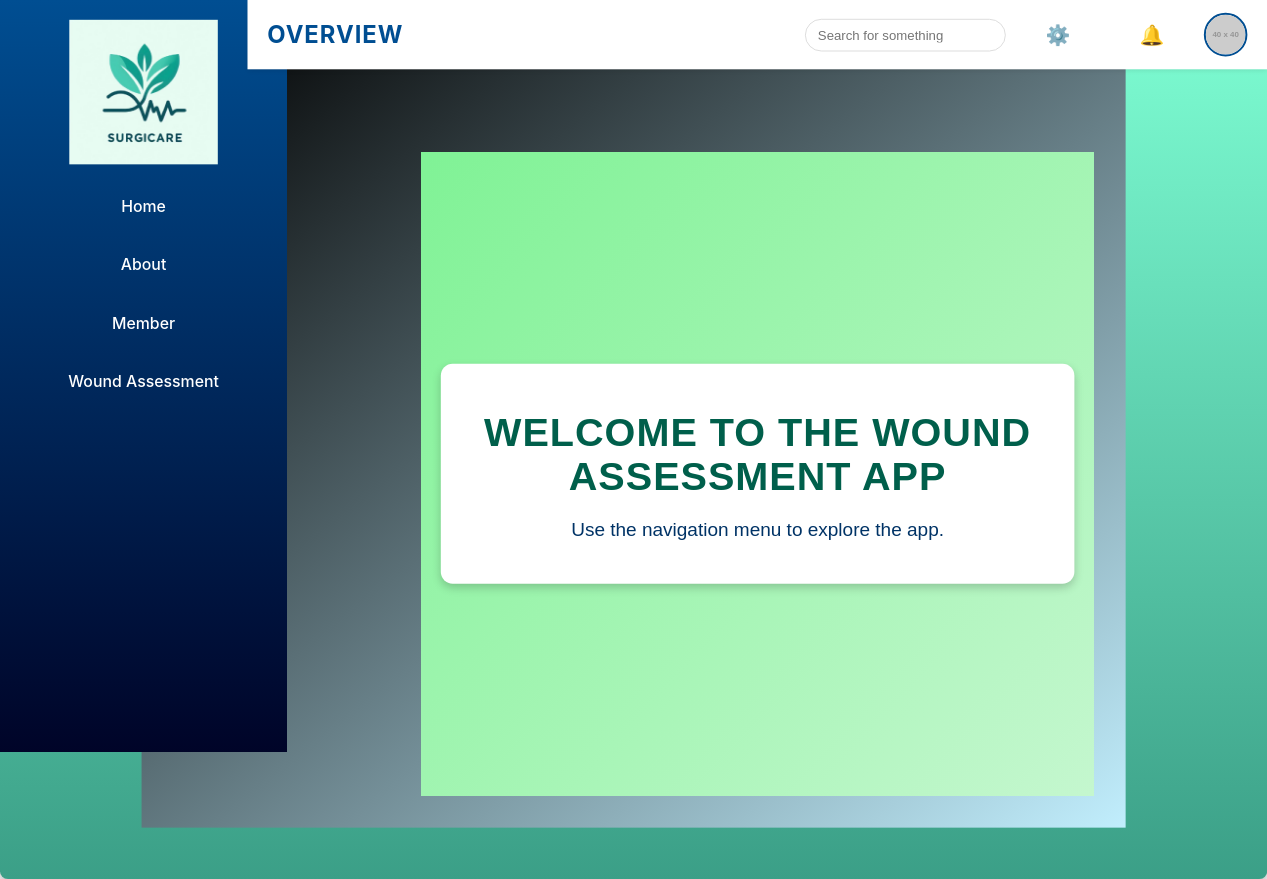
Repository: Jinwoo290350/Surgicare-Vue
Page: / (app in surgicare/)
These files come from the project's save history. The page is drawn as it stood at one moment and after the next save; the edit follows.
The browser window is 1280 px wide. The pictures show the whole page, at 99% of full size.
The project was rebuilt for these pictures with package versions that can differ from the ones it lists, and the page was loaded fresh each time. Also part of the build but not shown: surgicare/vite.config.js, surgicare/src/views/About.vue, surgicare/src/views/Member.vue, surgicare/src/components/WoundAssessment.vue.

Above is the page before, as saved 2024-12-30 15:12:31.
Console error: TypeError: Cannot read properties of null (reading 'getContext')

### surgicare/index.html
<!doctype html>
<html lang="en">
  <head>
    <meta charset="UTF-8" />
    <link rel="icon" type="image/svg+xml" href="/vite.svg" />
    <meta name="viewport" content="width=device-width, initial-scale=1.0" />
    <title>Vite + Vue</title>
  </head>
  <body>
    <div id="app"></div>
    <script type="module" src="/src/main.js"></script>
  </script>
  <link href="https://fonts.googleapis.com/css2?family=Roboto:wght@400;500;700&display=swap" rel="stylesheet">

  <script type="text/javascript" src="./src/star.js"></script>
  </body>
</html>

### surgicare/src/main.js
import { createApp } from 'vue'
import './style.css'
import App from './App.vue'
import router from "./router";

createApp(App).use(router).mount("#app");

### surgicare/src/style.css
:root {
  font-family: Inter, system-ui, Avenir, Helvetica, Arial, sans-serif;
  line-height: 1.5;
  font-weight: 400;
  color-scheme: light dark;
  color: rgba(255, 255, 255, 0.87);
  background-color: #242424;
  font-synthesis: none;
  text-rendering: optimizeLegibility;
  -webkit-font-smoothing: antialiased;
  -moz-osx-font-smoothing: grayscale;
}

a {
  font-weight: 500;
  text-decoration: none;
  transition: color 0.3s ease-in-out;
}
a:hover {
  color: #535bf2; /* Blue hover effect */
}

body {
  margin: 0;
  display: flex;
  flex-direction: column;
  align-items: center;
  justify-content: center;
  min-width: 320px;
  min-height: 100vh;
  padding: 20px;
  background-color: #1f2d29;
  background-image: linear-gradient(to top, #3b9f87, #7fffd4);
  background-repeat: no-repeat;
  border-radius: 8px;
  box-shadow: 0 6px 12px rgba(0, 0, 0, 0.3);
}

h1 {
  font-size: 3em;
  line-height: 1.1;
  color: #fff;
  text-transform: uppercase;
  letter-spacing: 1px;
  margin-bottom: 0.5em;
  transition: transform 0.3s ease-in-out;
}
h1:hover {
  transform: scale(1.05); /* Slight hover effect */
}

button {
  border-radius: 8px;
  border: 1px solid transparent;
  padding: 0.8em 1.5em;
  font-size: 1em;
  font-weight: 500;
  background-color: #333;
  color: #fff;
  cursor: pointer;
  transition: all 0.3s ease;
}
button:hover {
  border-color: #646cff;
  background-color: #444;
  transform: translateY(-2px); /* Lift on hover */
}
button:focus,
button:focus-visible {
  outline: 4px auto -webkit-focus-ring-color;
}

.card {
  padding: 2em;
  background-color: #2a2a2a;
  border-radius: 12px;
  box-shadow: 0 4px 10px rgba(0, 0, 0, 0.4);
  transition: transform 0.3s ease;
}
.card:hover {
  transform: translateY(-5px); /* Lift on hover */
}

#app {
  max-width: 1280px;
  margin: 0 auto;
  padding: 2rem;
  text-align: center;
}

/* Media Queries for Responsiveness */
@media (max-width: 768px) {
  body {
    padding: 15px;
  }

  h1 {
    font-size: 2.4em; /* Smaller title for mobile screens */
  }

  button {
    padding: 0.6em 1.2em;
    font-size: 1em;
  }

  .card {
    padding: 1.5em;
  }

  #app {
    padding: 1.5rem;
  }
}

@media (max-width: 480px) {
  h1 {
    font-size: 2em; /* Further reduce title size */
  }

  button {
    padding: 0.5em 1em;
    font-size: 0.9em;
  }

  .card {
    padding: 1em;
  }
}

/* Light Mode Styles */
@media (prefers-color-scheme: light) {
  :root {
    color: #213547;
    background-color: #ffffff;
  }
  a:hover {
    color: #747bff;
  }
  button {
    background-color: #f9f9f9;
    color: #333;
  }
  .card {
    background-color: #f5f5f5;
    box-shadow: 0 2px 6px rgba(0, 0, 0, 0.1);
  }
}

### surgicare/src/App.vue
<template>
  <div id="app" class="app-container">
    <aside class="sidebar">
      <img src="/Users/frank/Vscode/Vue/surgicare/public/Icon_surgicare.png" alt="Logo" class="logo" />
      <nav class="menu">
        <router-link to="/">Home</router-link>
        <router-link to="/about">About</router-link>
        <router-link to="/member">Member</router-link>
        <router-link to="/wound-assessment">Wound Assessment</router-link>
      </nav>
    </aside>

    <header class="header">
      <h1>Overview</h1>
      <div class="header-tools">
        <input type="text" placeholder="Search for something" class="search-box" />
        <button class="settings-btn">⚙️</button>
        <button class="notifications-btn">🔔</button>
        <img src="https://via.placeholder.com/40" alt="Profile" class="profile-pic" />
      </div>
    </header>

    <main class="content-area">
      <router-view class="router-view" />
    </main>
  </div>
</template>

<script>
export default {
  name: "DashboardPage",
};
</script>

<style scoped>
/* General Styles */
body {
  margin: 0;
  font-family: 'Poppins', Arial, sans-serif;
}

.app-container {
  display: flex;
  flex-direction: column;
  height: 100vh;
  background: linear-gradient(to bottom right, #000000, #c1eefd);
  overflow: hidden; /* Prevent scroll */
}

.sidebar {
  position: fixed;
  top: 0;
  left: 0;
  width: 250px;
  height: 100%;
  background: linear-gradient(to bottom, #004e92, #000428);
  color: white;
  padding: 20px;
  display: flex;
  flex-direction: column;
  align-items: center;
  z-index: 1000;
}

.logo {
  width: 100%;
  max-width: 150px;
  margin-bottom: 20px;
}

.menu a {
  text-decoration: none;
  color: white;
  font-size: 16px;
  margin-bottom: 15px;
  display: block;
  text-align: center;
  padding: 10px 15px;
  border-radius: 8px;
  transition: background 0.3s, transform 0.3s;
}

.menu a:hover {
  background: rgba(255, 255, 255, 0.2);
  transform: scale(1.05);
}

.header {
  position: fixed;
  top: 0;
  left: 250px; /* Offset for the sidebar */
  right: 0;
  height: 70px;
  background: white;
  display: flex;
  justify-content: space-between;
  align-items: center;
  padding: 0 20px;
  box-shadow: 0 2px 5px rgba(0, 0, 0, 0.1);
  z-index: 1000;
}

.header h1 {
  font-size: 24px;
  color: #004e92;
  margin: 0;
}

.header-tools {
  display: flex;
  align-items: center;
}

.search-box {
  padding: 8px 12px;
  border: 1px solid #ddd;
  border-radius: 25px;
  margin-right: 10px;
  outline: none;
  transition: box-shadow 0.3s;
}

.search-box:focus {
  box-shadow: 0 0 10px rgba(0, 78, 146, 0.5);
}

.settings-btn,
.notifications-btn {
  background: none;
  border: none;
  font-size: 20px;
  color: #555;
  margin-right: 10px;
  cursor: pointer;
}

.profile-pic {
  width: 40px;
  height: 40px;
  border-radius: 50%;
  border: 2px solid #004e92;
}

.content-area {
  margin-top: 70px; /* Offset for the fixed header */
  margin-left: 250px; /* Offset for the fixed sidebar */
  flex-grow: 1;
  display: flex;
  justify-content: center;
  align-items: center;
  overflow-y: auto;
}

.router-view {
  width: 100%;
  height: 300%;
  background: linear-gradient(to bottom right, #e6f7f9, #ffffff);
  display: flex;
  justify-content: center;
  align-items: center;
  position: relative;
}

.placeholder {
  width: 80%;
  height: 80%;
  background: rgba(255, 255, 255, 0.8);
  border-radius: 20px;
  box-shadow: 0 4px 20px rgba(0, 0, 0, 0.1);
  display: flex;
  justify-content: center;
  align-items: center;
  font-size: 28px;
  color: #004e92;
  font-weight: bold;
  text-align: center;
}
</style>

### surgicare/src/router/index.js
import { createRouter, createWebHistory } from "vue-router";

// Importing views and components
import Home from "../views/Home.vue";
import About from "../views/About.vue";
import Member from "../views/Member.vue";
import WoundAssessment from "../components/WoundAssessment.vue";

// Define the route configurations
const routes = [
  {
    path: "/",
    name: "Home",
    component: Home,
    meta: {
      title: "Home -  Surgicare",
    },
  },
  {
    path: "/about",
    name: "About",
    component: About,
    meta: {
      title: "About - Surgicare",
    },
  },
  {
    path: "/member",
    name: "Member",
    component: Member,
    meta: {
      title: "Member - Surgicare",
    },
  },
  {
    path: "/wound-assessment",
    name: "WoundAssessment",
    component: WoundAssessment,
    meta: {
      title: "Wound Assessment - Surgicare",
    },
  },
];

// Create the router instance
const router = createRouter({
  history: createWebHistory(),
  routes,
  scrollBehavior(to, from, savedPosition) {
    // Scroll to top on route change, unless saved position exists
    if (savedPosition) {
      return savedPosition;
    } else {
      return { top: 0 };
    }
  },
});

// Global navigation guard for dynamic document titles
router.beforeEach((to, from, next) => {
  document.title = to.meta.title || "Default App Title";
  next();
});

export default router;

### surgicare/src/views/Home.vue
<template>
  <div class="home">
    <div class="content">
      <h1 class="title">Welcome to the Wound Assessment App</h1>
      <p class="description">Use the navigation menu to explore the app.</p>
    </div>
  </div>
</template>

<script>
export default {
  name: "Home",
};
</script>

<style scoped>
.home {
  display: flex;
  justify-content: center;
  align-items: center;
  height: 100vh; /* Full height for viewport */
  background: linear-gradient(to bottom right, #7ef294, #c6f7d0); /* Subtle gradient */
  font-family: 'Arial', sans-serif;
  text-align: center;
  box-sizing: border-box;
  padding: 20px;
}

.content {
  max-width: 600px; /* Limit content width for better readability */
  padding: 20px;
  background: #ffffff;
  border-radius: 12px; /* Rounded corners */
  box-shadow: 0 4px 10px rgba(0, 0, 0, 0.2); /* Subtle shadow */
}

.title {
  font-size: 2.5rem;
  font-weight: bold;
  color: #005f4b;
  margin-bottom: 15px;
}

.description {
  font-size: 1.2rem;
  color: #003366;
  font-weight: 300;
}
</style>

### surgicare/src/star.js
const canvas = document.querySelector('canvas')
const c = canvas.getContext('2d')

canvas.width = innerWidth
canvas.height = innerHeight

window.addEventListener("resize", function() {
    canvas.width = window.innerWidth;
    canvas.height = window.innerHeight;
    init()
})
function Star(x, y, radius, color) {
    this.x = x
    this.y = y
    this.radius = radius
    this.color = color
    this.velocity = {
        x: (Math.random() - 0.5) * 8,
        y: 3
    }
    this.friction = 0.8
    this.gravity = 1
}

Star.prototype.draw = function() {
    c.save()
    c.beginPath()
    c.arc(this.x, this.y, this.radius, 0, Math.PI * 2, false)
    c.fillStyle = this.color
    c.shadowColor = '#E3EAEF'
    c.shadowBlur = 20
    c.fill()
    c.closePath()
    c.restore()
}

Star.prototype.update = function() {
    this.draw()

    //When ball hits bottom of screen
    if(this.y + this.radius + this.velocity.y > canvas.height - groundHeight){
        this.velocity.y = -this.velocity.y * this.friction
        this.shatter()
    }
    else{
        this.velocity.y += this.gravity
    }

    //Hits side of screen
    if(this.x + this.radius + this.velocity.x > canvas.width || this.x - this.radius <= 0){
        this.velocity.x = -this.velocity.x * this.friction
        this.shatter()
    }

    this.x += this.velocity.x
    this.y += this.velocity.y

}

Star.prototype.shatter = function(){
    this.radius -= 3
    for(let i = 0; i < 8; i++){
        miniStars.push(new MiniStar(this.x, this.y, 2))
    }

}

function MiniStar(x, y, radius, color){
    Star.call(this, x, y, radius, color)
    this.velocity = {
        x: (Math.random() - 0.5) * 10,
        y: (Math.random() - 0.5) * 30
    }
    this.friction = 0.8
    this.gravity = 0.1
    this.ttl = 100
    this.opacity = 1
}

MiniStar.prototype.draw = function() {
    c.save()
    c.beginPath()
    c.arc(this.x, this.y, this.radius, 0, Math.PI * 2, false)
    c.fillStyle = `rgba(227,234, 239, ${this.opacity})`
    c.shadowColor = '#E3EAEF'
    c.shadowBlur = 20
    c.fill()
    c.closePath()
    c.restore()
}

MiniStar.prototype.update = function() {
    this.draw()

    if(this.y + this.radius + this.velocity.y > canvas.height - groundHeight){
        this.velocity.y = -this.velocity.y * this.friction
    }
    else{
        this.velocity.y += this.gravity
    }

    this.x += this.velocity.x
    this.y += this.velocity.y
    this.ttl -= 1
    this.opacity -= 0.0001 * this.ttl
}

function creatMountainRange(mountainAmount, height, color){
    for(let i = 0; i < mountainAmount; i++){
        const mountainWidth = canvas.width / mountainAmount
        c.beginPath()
        c.moveTo(i * mountainWidth, canvas.height)
        c.lineTo(i * mountainWidth + mountainWidth + 0.2*canvas.height, canvas.height)
        c.lineTo(i * mountainWidth + mountainWidth / 2, canvas.height - height)
        c.lineTo(i * mountainWidth - 0.2*canvas.height, canvas.height)
        c.fillStyle = color
        c.fill()
        c.closePath()
    }
}

// Implementation
const backgroundGradient = c.createLinearGradient(0, 0, canvas.width, canvas.height)
backgroundGradient.addColorStop(0, '#171e26')
backgroundGradient.addColorStop(1, '#3f586b')

let stars
let miniStars
let backgroundStars
let ticker = 0
let randomSpawnRate = 75
const groundHeight = 0.09 * canvas.height
let inf = 1e9
function init() {
    stars = []
    miniStars = []
    backgroundStars = []

    for(let i = 0; i < 200; i++){
        const x = Math.random() * canvas.width
        const y = Math.random() * canvas.height
        const radius = Math.random() * 3
        backgroundStars.push(new Star(x, y, radius, 'white'))
    }
}

// Animation Loop
function animate() {
    c.clearRect(0, 0, 0, canvas.height)
    c.fillStyle = backgroundGradient
    c.fillRect(0, 0, canvas.width, canvas.height)

    backgroundStars.forEach(backgroundStar => {
        backgroundStar.draw()
    })

    if(flag) creatMountainRange(1, canvas.height * 0.7, '#384551')
    if(flag) creatMountainRange(2, canvas.height * 0.6, '#2B3843')
    if(flag) creatMountainRange(3, canvas.height * 0.4, '#26333E')
    c.fillStyle = '#182028'
    c.fillRect(0, canvas.height - groundHeight, canvas.width, groundHeight)
    stars.forEach((star, index) => {
        star.update();
        if(star.radius == 0){
            stars.splice(index, 1)
        }
    });

    miniStars.forEach((miniStar, index) => {
        miniStar.update();
        if(miniStar.ttl == 0){
            miniStars.splice(index, 1)
        }
    });

    ticker++
    if(ticker >= inf){
        ticker = 0
    }
    if(ticker % randomSpawnRate == 0){
        const radius = 9
        const x = Math.max(radius, Math.random() * canvas.width - radius)
        stars.push(new Star(x, -100, 9, '#E3EAEF'))
        randomSpawnRate = Math.floor(Math.random() * (200 - 125 + 1) + 125)
    }

    requestAnimationFrame(animate)
}

init()
animate()

After the next save:
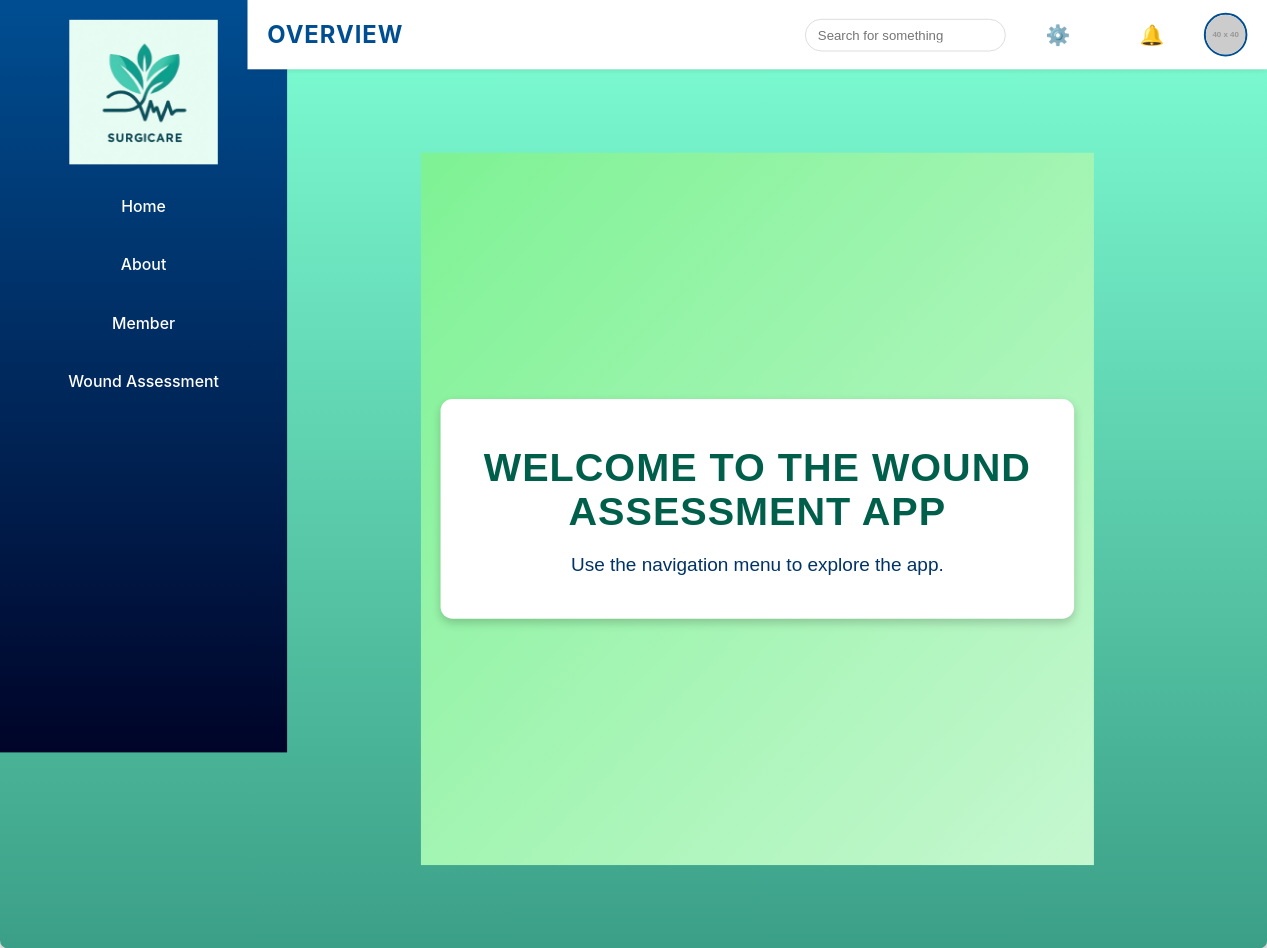
Saved 27 s later.
--- a/surgicare/src/App.vue
+++ b/surgicare/src/App.vue
@@ -37,14 +37,6 @@ export default {
 body {
   margin: 0;
   font-family: 'Poppins', Arial, sans-serif;
-}
-
-.app-container {
-  display: flex;
-  flex-direction: column;
-  height: 100vh;
-  background: linear-gradient(to bottom right, #000000, #c1eefd);
-  overflow: hidden; /* Prevent scroll */
 }
 
 .sidebar {
